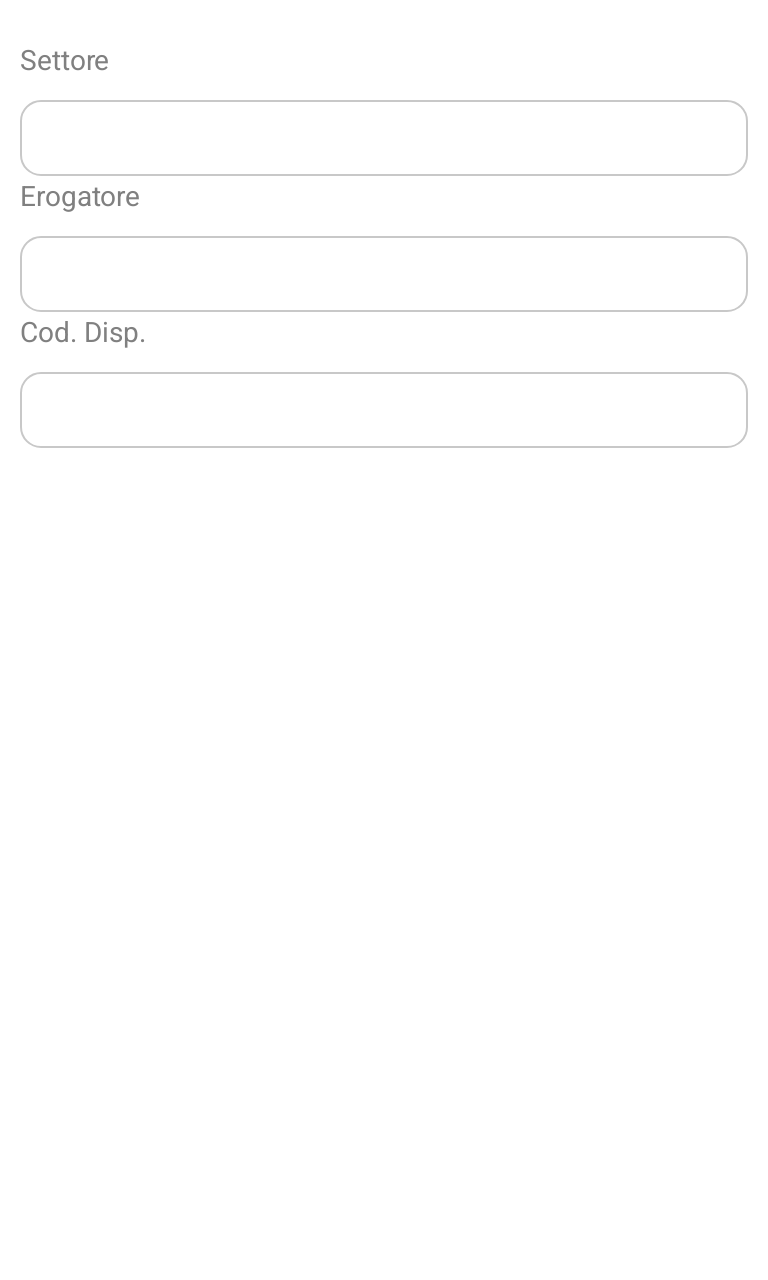
Repository: vincenzotandurella/winimpresamobile
Layout: workspace/WinImpresaMobile/res/layout/view_settore_default.xml
The author's editor kept a copy of each file at every save. The layout is drawn from the files as they stood at one save, then again after the next save.
It is drawn on a 768 x 1280 px phone screen (xhdpi) without system bars, with theme CustomActionBarTheme; the app's code is not run.

Above is the layout before, as saved 2015-09-20 16:19:18.

### workspace/WinImpresaMobile/res/layout/view_settore_default.xml
<?xml version="1.0" encoding="utf-8"?>
<LinearLayout xmlns:android="http://schemas.android.com/apk/res/android"
    android:id="@+id/b"
    android:layout_width="fill_parent"
    android:layout_height="fill_parent"
    android:orientation="vertical" >

    <ScrollView
        android:layout_width="match_parent"
        android:layout_height="match_parent"
        android:layout_marginTop="20dp"
        android:background="#fff"
        android:paddingLeft="10sp"
        android:paddingRight="10sp" >

        <LinearLayout
            android:layout_width="match_parent"
            android:layout_height="wrap_content"
            android:background="#fff"
            android:orientation="vertical" >

            <TextView
                   android:layout_width="match_parent"
                    android:layout_height="30dp"
                    android:gravity="left"
                    android:hint="@string/labelSettore"
                    android:textColor="#fff" />

             <EditText
                   android:id="@+id/settore"
                    android:layout_width="match_parent"
                    android:layout_height="wrap_content"
                    android:background="@drawable/edittext_style"
                    android:gravity="start"
                    android:inputType="textMultiLine"
                    android:maxLines="3"
                    android:enabled="true"
                    android:padding="10dp"
                    android:scrollbars="vertical"
                    android:textColor="#000"
                    android:textSize="13sp" />
            <TextView
                   android:layout_width="match_parent"
                    android:layout_height="30dp"
                    android:gravity="left"
                    android:hint="@string/labelErogatore"
                    android:textColor="#fff" />

             <EditText
                   android:id="@+id/erogatore"
                    android:layout_width="match_parent"
                    android:layout_height="wrap_content"
                    android:background="@drawable/edittext_style"
                    android:gravity="start"
                    android:inputType="textMultiLine"
                    android:maxLines="3"
                    android:enabled="true"
                    android:padding="10dp"
                    android:scrollbars="vertical"
                    android:textColor="#000"
                    android:textSize="13sp" />


             <TextView
                   android:layout_width="match_parent"
                    android:layout_height="30dp"
                    android:gravity="left"
                    android:hint="@string/labelCodDisp"
                    android:textColor="#fff" />

             <EditText
                   android:id="@+id/codDisp"
                    android:layout_width="match_parent"
                    android:layout_height="wrap_content"
                    android:background="@drawable/edittext_style"
                    android:gravity="start"
                    android:inputType="textMultiLine"
                    android:maxLines="3"
                    android:enabled="true"
                    android:padding="10dp"
                    android:scrollbars="vertical"
                    android:textColor="#000"
                    android:textSize="13sp" />



           </LinearLayout>
    </ScrollView>

</LinearLayout>

### workspace/WinImpresaMobile/res/values/themes.xml
<?xml version="1.0" encoding="utf-8"?>
<resources>
    <!-- the theme applied to the application or activity -->
    <style name="CustomActionBarTheme"
           parent="@android:style/Theme.Holo.Light.DarkActionBar">
        <item name="android:actionBarStyle">@style/MyActionBar</item>

    </style>

    <!-- ActionBar styles -->
    <style name="MyActionBar"
           parent="@android:style/Widget.Holo.Light.ActionBar.Solid.Inverse">
        <item name="android:background">@color/pressed_color</item>
    </style>



</resources>

### workspace/WinImpresaMobile/res/values/color.xml
<?xml version="1.0" encoding="utf-8"?>
<resources>
    <color name="pressed_color" >#345953</color>
    <color name="default_color" >#689a92</color>
</resources>

### workspace/WinImpresaMobile/res/values/strings.xml
<?xml version="1.0" encoding="utf-8"?>
<resources>

    <string name="app_name">WinImpresa Mobile</string>
    <string name="benvenute">Ciao da WinImpresa Mobile</string>
    <string name="action_settings">Settings</string>
    <string name="employee">Dipendente</string>
    <string name="descriptionLogo">Logo winImpresa</string>
    <string name="startJob">Inizia lavoro</string>
    <string name="title_activity_buoni">BuoniActivity</string>
    <string name="descriptionButtonAdd">Aggiungi un nuovo buono</string>
    <string name="listBuoni">Lista buoni</string>
    <string name="msgSuccessBuono">Buono aggiunto con successo</string>
    <string name="title_activity_buono">Notizie buono</string>
    <string name="labelNote">Note intervento</string>
    <string name="labelTimeStart">Ora inizio</string>
    <string name="labelTimeEnd">Ora fine</string>
    <string name="labelReports">Segnalazioni/Anomalie</string>
    <string name="labelMotor">Automezzo</string>
    <string name="labelComunication">Comunicazione operatore</string>
    <string name="labelAndam">Anadam. Lavori</string>
    <string name="labelNo">No</string>
    <string name="labelSi">Si</string>
    <string name="labelMessaggeControlSaveBuono"> Hai salvato prima di tornare alla lista ? </string>
    <string name="labelSave">Salva</string>

    <string name="labelSettore">Settore</string>
    <string name="labelErogatore">Erogatore</string>
    <string name="labelCodDisp">Cod. Disp.</string>
    <string name="labelSiglaDisp">Sigla Disp.</string>
    <string name="labelAttivita">Attività</string>
    <string name="labelStatoEsca">Stato esca</string>
    <string name="labelProdottoSost">Prodotto sostituito</string>



    <string-array name="targhe">
        <item>XXXX-00</item>
        <item>XXXX-01</item>
        <item>XXXX-02</item>
        <item>XXXX-03</item>
        <item>XXXX-04</item>
    </string-array>
    <string-array name="andam">
        <item>Soddisfacente</item>
        <item>Mediocre</item>
        <item>Insufficiente</item>
    </string-array>

    <string name="title_activity_settori">Settori</string>
    <string name="hello_world">Hello world!</string>

</resources>

### workspace/WinImpresaMobile/res/drawable/edittext_style.xml
<shape xmlns:android="http://schemas.android.com/apk/res/android"
android:thickness="0dp"
android:shape="rectangle">
<stroke android:width="1dp"
        android:color="#c8c8c8"/>
<corners android:radius="10dp"/>
</shape>

After the next save:
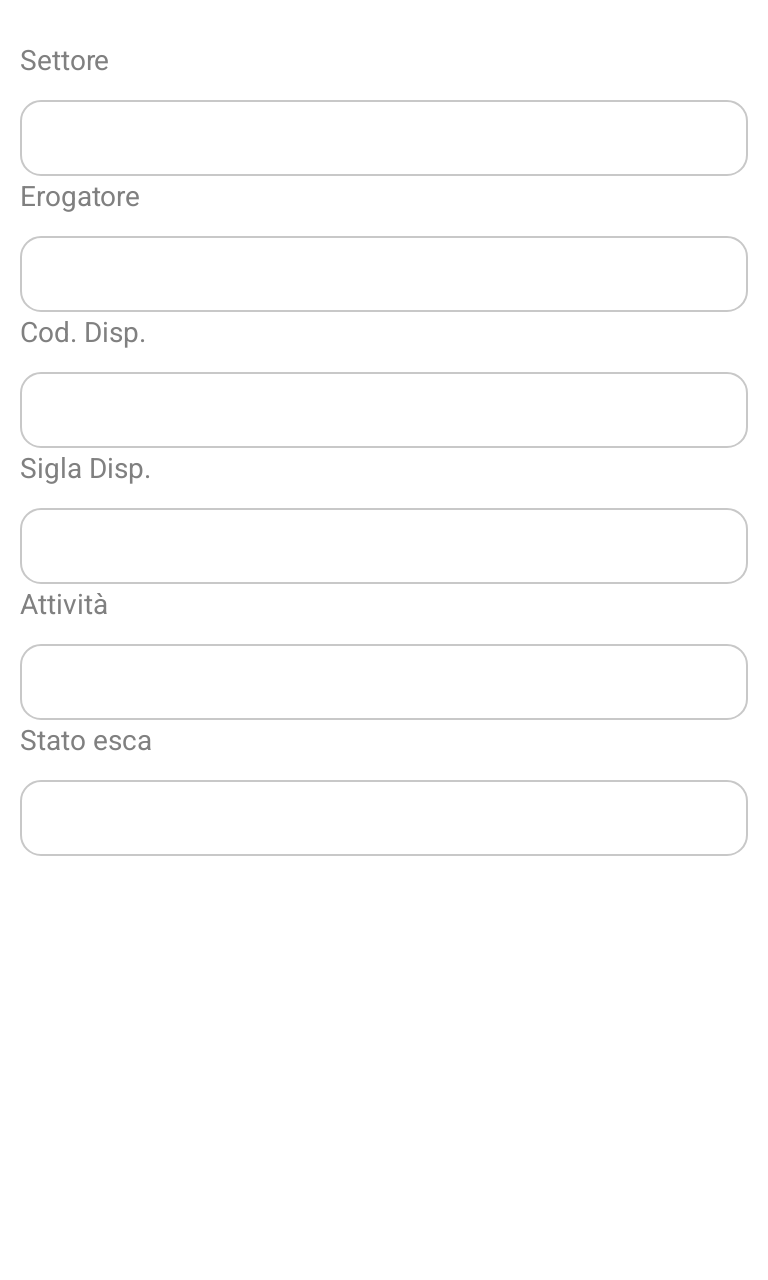
Saved 80 s later.
--- a/workspace/WinImpresaMobile/res/layout/view_settore_default.xml
+++ b/workspace/WinImpresaMobile/res/layout/view_settore_default.xml
@@ -82,6 +82,69 @@
                     android:textColor="#000"
                     android:textSize="13sp" />
 
+                   <TextView
+                   android:layout_width="match_parent"
+                    android:layout_height="30dp"
+                    android:gravity="left"
+                    android:hint="@string/labelSiglaDisp"
+                    android:textColor="#fff" />
+
+             <EditText
+                   android:id="@+id/siglaDisp"
+                    android:layout_width="match_parent"
+                    android:layout_height="wrap_content"
+                    android:background="@drawable/edittext_style"
+                    android:gravity="start"
+                    android:inputType="textMultiLine"
+                    android:maxLines="3"
+                    android:enabled="true"
+                    android:padding="10dp"
+                    android:scrollbars="vertical"
+                    android:textColor="#000"
+                    android:textSize="13sp" />
+              <TextView
+                   android:layout_width="match_parent"
+                    android:layout_height="30dp"
+                    android:gravity="left"
+                    android:hint="@string/labelAttivita"
+                    android:textColor="#fff" />
+
+             <EditText
+                   android:id="@+id/attivita"
+                    android:layout_width="match_parent"
+                    android:layout_height="wrap_content"
+                    android:background="@drawable/edittext_style"
+                    android:gravity="start"
+                    android:inputType="textMultiLine"
+                    android:maxLines="3"
+                    android:enabled="true"
+                    android:padding="10dp"
+                    android:scrollbars="vertical"
+                    android:textColor="#000"
+                    android:textSize="13sp" />
+
+
+              <TextView
+                   android:layout_width="match_parent"
+                    android:layout_height="30dp"
+                    android:gravity="left"
+                    android:hint="@string/labelStatoEsca"
+                    android:textColor="#fff" />
+
+             <EditText
+                   android:id="@+id/statoEsca"
+                    android:layout_width="match_parent"
+                    android:layout_height="wrap_content"
+                    android:background="@drawable/edittext_style"
+                    android:gravity="start"
+                    android:inputType="textMultiLine"
+                    android:maxLines="3"
+                    android:enabled="true"
+                    android:padding="10dp"
+                    android:scrollbars="vertical"
+                    android:textColor="#000"
+                    android:textSize="13sp" />
+
 
 
            </LinearLayout>
